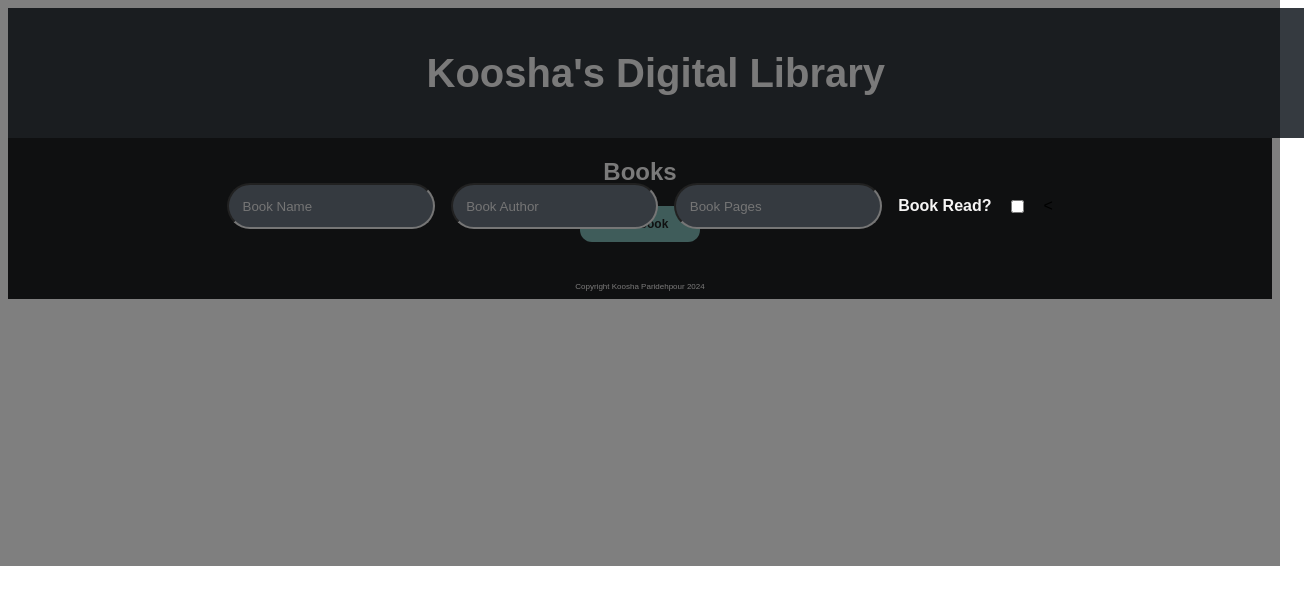
Repository: KooshaPari/odin-TTT
Page: index.html
These files come from the project's save history. The page is drawn as it stood at one moment and after the next save; the edit follows.
The browser window is 1280 px wide. The page is 1304 px wide, so the pictures cover 1304 px, including what lies to the right of the window. The pictures show the whole page.

Above is the page before, as saved 2024-03-14 21:50:59.
Console error: TypeError: Document.querySelector is not a function

### index.html
<!doctype html>
<html lang="en">
  <head>
    <meta charset="UTF-8" />
    <script src="./lib.js"></script>
    <link rel="stylesheet" href="./style.css" />
    <meta name="viewport" content="width=device-width, initial-scale=1.0" />
    <title>Document</title>
  </head>
  <body>
    <div id="parent">
      <div id="header">
        <h1>Koosha's Digital Library</h1>
      </div>
      <div id="body">
        <div class="isVisible" id="bookForm">
          <form id="bookAdd">
            <input type="text" class="inpForm" id="bookName" placeholder="Book Name" />
            <input type="text" class="inpForm" id="bookAuthor" placeholder="Book Author" />
            <input type="text" class="inpForm" id="bookPages" placeholder="Book Pages" />
            <label id="bookLBL">Book Read?</label>
            <input type="checkbox" class="inpForm" id="bookRead" placeholder="Book Read" />
            <
          </form>
        </div>
        <h2 id="title">Books</h2>
        <button id="add-book">Add Book</button>
        <ol id="book-list"></ol>
      </div>
      <div id="footer">
        <p>Copyright Koosha Paridehpour 2024</p>
      </div>
    </div>
  </body>
</html>

### lib.js
const myLibrary = []
function Book(title, author, pages, read) {
  this.title = title
  this.author = author
  this.pages = pages
  this.read = read
}

function addBookToLibrary(book) {
  myLibrary.push(book)
}
const page = Document.querySelector('#body')
const bookList = Document.querySelector('#book-list')
const bookForm = Document.querySelector('#bookForm')
/* CREATE PREMADE CARD GENERIC THAT IS CLONE & MODIFIED WITH GIVEN INFORMATION */
function render() {
  for (let book of myLibrary) {
    bookList.appendChild(createBookCard(book))
  }
}
const addBook = document.querySelector('#add-book')
addBook.addEventListener('click', () => bookAddHandler())

function bookAddHandler() {
  bookForm.classList.toggle('isVisible')
}

### style.css
* {
  font-family: sans-serif;
}
#parent {
  background-color: #1f2022;
  width: 100%;
  height: 100%;
}
#header {
  background-color: #353a40;
  padding: 1.25%;
  width: 100%;
  height: 100%;
}
#header h1 {
  color: #f6f5f5;

  font-size: 2.5em;
}
#footer p {
  color: #f6f5f5;
  font-size: 0.5em;
}

#header,
#footer,
#body {
  display: flex;
  align-items: center;
  justify-content: center;
}
#title {
  color: #f6f5f5;
}
#body {
  flex-direction: column;
}
#add-book {
  color: #1f2022;
  background-color: #7ebab5;
  border-radius: 1em;
  border: none;
  padding: 0.5em;
  height: 3em;
  width: 10em;
  font-size: 12px;
  font-weight: bold;
  -webkit-border-radius: 1em;
  -moz-border-radius: 1em;
  -ms-border-radius: 1em;
  -o-border-radius: 1em;
}
#bookForm {
  position: absolute;
  width: 100%;
  height: 100%;
  background-color: rgba(0, 0, 0, 0.5);
  align-items: center;
  justify-content: center;
  display: flex;
}
#bookAdd {
  align-items: center;
  justify-content: center;
  display: flex;
  gap: 1em;
}
.isVisible {
  visibility: visible;
}
#add-book:hover {
  background-color: #5e8d87;
}
#add-book:active {
  background-color: #3e6d67;
}
.inpForm {
  flex: 1;
  background-color: #353a40;
  padding: 1em;
  border-radius: 2em;
  -webkit-border-radius:;
  -moz-border-radius:;
  -ms-border-radius:;
  -o-border-radius:;
}
#bookRead {
  background-color: red;
}
#bookLBL {
  color: #f6f5f5;
  font-weight: bold;
}

After the next save:
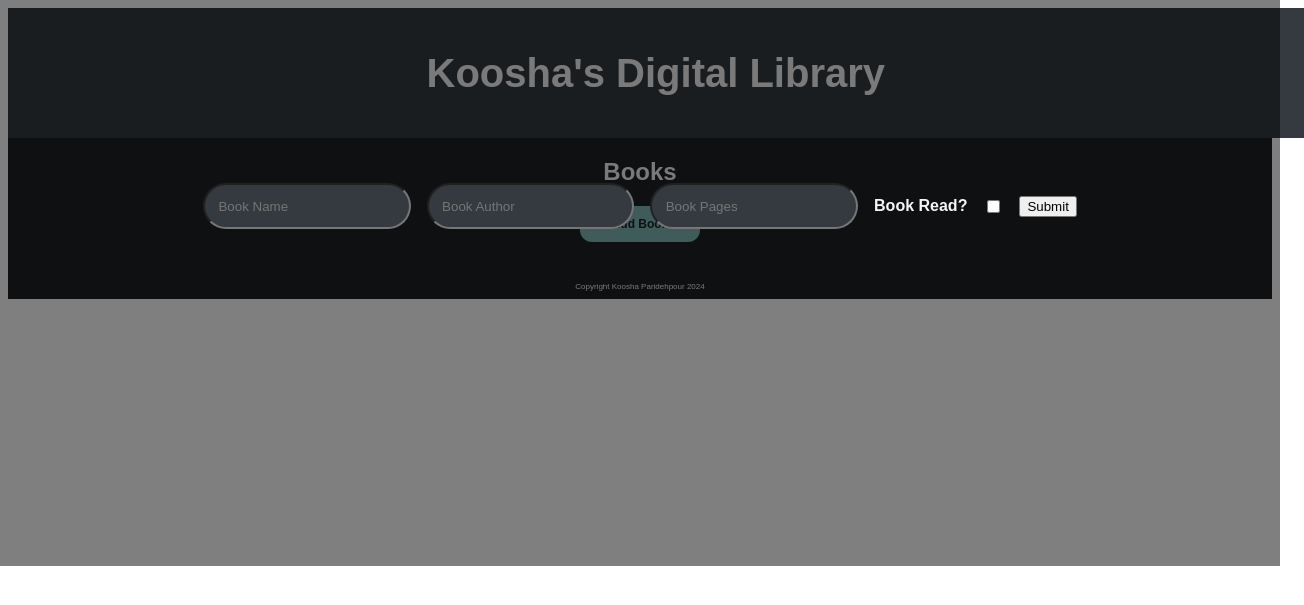
Saved 33 s later.
--- a/index.html
+++ b/index.html
@@ -20,7 +20,8 @@
             <input type="text" class="inpForm" id="bookPages" placeholder="Book Pages" />
             <label id="bookLBL">Book Read?</label>
             <input type="checkbox" class="inpForm" id="bookRead" placeholder="Book Read" />
-            <
+
+            <button type="submit">Submit</button>
           </form>
         </div>
         <h2 id="title">Books</h2>
